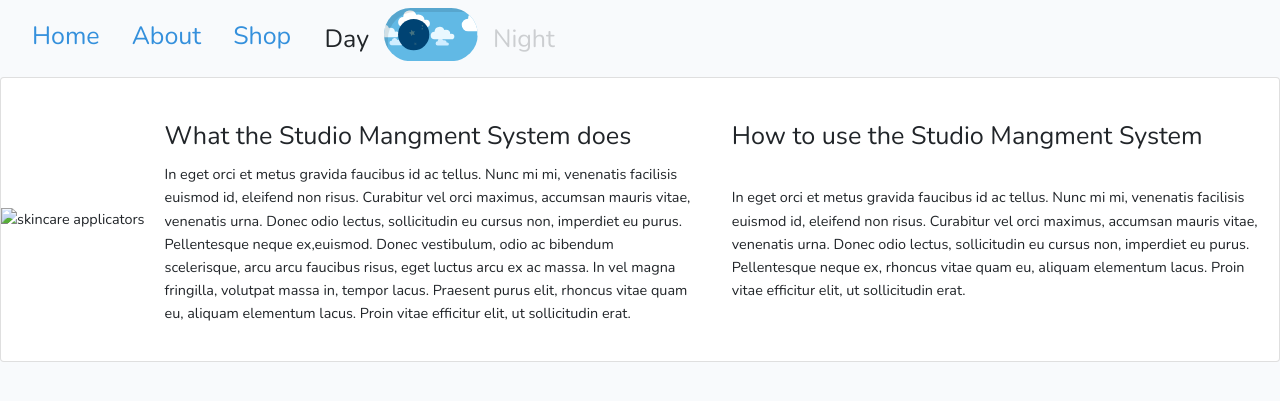
Repository: littae2/simplicite
Page: http://localhost/shop
These files come from the project's save history. The page is drawn as it stood at one moment and after the next save; the edit follows.
The browser window is 1280 px wide. The pictures show the whole page.
Some web libraries are served in a nearby version. The page is served by the project's Laravel application, run on PHP 8.4 with Laravel 8.

Above is the page before, as saved 2021-08-13 15:55:28.

After the next save:
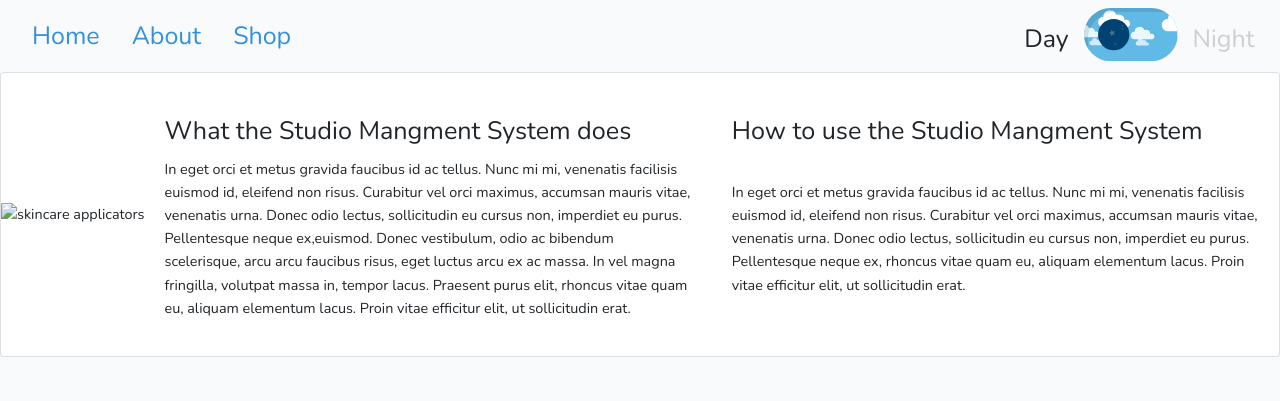
Saved 5 min 1 s later.
--- a/Project/resources/views/inc/css/daynight.blade.php
+++ b/Project/resources/views/inc/css/daynight.blade.php
@@ -15,6 +15,8 @@
 	justify-content: center;
 	align-items: center;
 	font-size: 25px;
+    position: absolute;
+right: 2%;
 }
 
     .layout:nth-child(1) {
